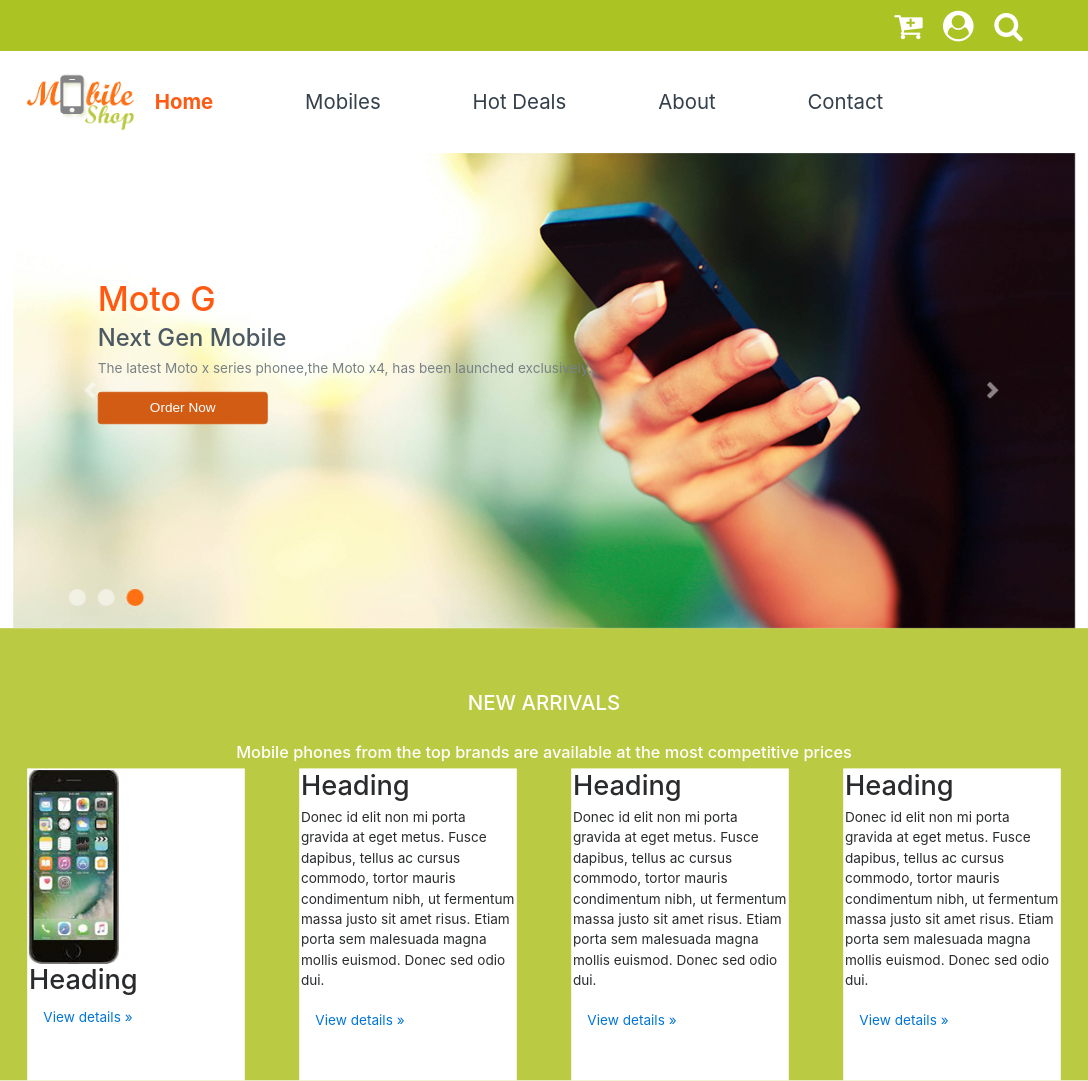
Repository: rajmohanr/mobile
Page: index.html
The author's editor kept a copy of each file at every save. The page is drawn from the files as they stood at one save, then again after the next save.
The browser window is 1280 px wide. The pictures show the whole page, at 85% of full size.

Above is the page before, as saved 2018-04-01 11:55:34.
Console error (its wording comes from the project's code and is left out).

### index.html
<!DOCTYPE html>
<html lang="en">
  <head>
    <meta charset="utf-8">
    <meta http-equiv="X-UA-Compatible" content="IE=edge">
    <meta name="viewport" content="width=device-width, initial-scale=1">

    <title>Bootstrap 4, from LayoutIt!</title>

    <meta name="description" content="Source code generated using layoutit.com">
    <meta name="author" content="LayoutIt!">

    <link href="css/bootstrap.min.css" rel="stylesheet">
	<link href="css/style.css" rel="stylesheet">
	<link rel="stylesheet" href="https://cdnjs.cloudflare.com/ajax/libs/font-awesome/4.7.0/css/font-awesome.min.css">

  </head>
  <body>

    <div class="container-fluid">
	<div class="row">
		<div class="col-md-12">
			<div class="row">
				<div class="col-md-12 top-bar">
					<a href="#" class="top-bar-icons last-icon"><i class="fa fa-search"  style="font-size:36px;color:white;"></i></a>
					<a href="#" class="top-bar-icons"><i class="fa fa-user-circle"  style="font-size:36px;color:white;"></i></a>
					<a href="#" class="top-bar-icons"><i class="fa fa-cart-plus"  style="font-size:36px;color:white;"></i></a>
				</div>
			</div>
			<nav class="navbar navbar-toggleable-md navbar-light bg-faded">

				<button class="navbar-toggler navbar-toggler-right" type="button" data-toggle="collapse" data-target="#bs-example-navbar-collapse-1">
					<span class="navbar-toggler-icon"></span>
				</button> <a class="navbar-brand" href="#"><img src="images/logo.png" /></a>
				<div class="collapse navbar-collapse" id="bs-example-navbar-collapse-1">
					<ul class="navbar-nav float-md-right">
						<li class="nav-item active">
							 <a class="nav-link" href="#">Home <span class="sr-only">(current)</span></a>
						</li>
						<li class="nav-item">
							 <a class="nav-link" href="#">Mobiles</a>
						</li>
						<li class="nav-item">
								<a class="nav-link" href="#">Hot Deals</a>
						</li>
						<li class="nav-item">
								<a class="nav-link" href="#">About</a>
						</li>
						<li class="nav-item">
								<a class="nav-link" href="#">Contact</a>
						</li>
					</ul>
				</div>
			</nav>

			<div class="row">
				<div class="col-md-12">
					<div class="carousel slide" id="carousel-452932">
						<ol class="carousel-indicators">
							<li data-slide-to="0" data-target="#carousel-452932">
							</li>
							<li data-slide-to="1" data-target="#carousel-452932">
							</li>
							<li data-slide-to="2" data-target="#carousel-452932" class="active">
							</li>
						</ol>
						<div class="carousel-inner">
							<div class="carousel-item">
								<img class="d-block w-100" alt="Carousel Bootstrap First" src="images/carosuel.png" />
								<div class="carousel-caption">
									<h4>
										Moto G
									</h4>
									<h3>
										Next Gen Mobile
									</h3>
									<p>
										The latest Moto x series phonee,the Moto x4, has been launched exclusively.
									</p>
									<button type="button" class="btn btn-primary">Order Now</button>
								</div>
							</div>
							<div class="carousel-item">
								<img class="d-block w-100" alt="Carousel Bootstrap Second" src="images/carosuel.png" />
								<div class="carousel-caption">
									<h4>
										Moto G
									</h4>
									<h3>
										Next Gen Mobile
									</h3>
									<p>
										The latest Moto x series phonee,the Moto x4, has been launched exclusively.
									</p>
									<button type="button" class="btn btn-primary">Order Now</button>
								</div>
							</div>
							<div class="carousel-item active">
								<img class="d-block w-100" alt="Carousel Bootstrap Third" src="images/carosuel.png" />
								<div class="carousel-caption">
									<h4>
										Moto G
									</h4>
									<h3>
										Next Gen Mobile
									</h3>
									<p>
										The latest Moto x series phonee,the Moto x4, has been launched exclusively.
									</p>
									<button type="button" class="btn btn-primary">Order Now</button>
								</div>
							</div>
						</div> <a class="carousel-control-prev" href="#carousel-452932" data-slide="prev"><span class="carousel-control-prev-icon"></span> <span class="sr-only">Previous</span></a> <a class="carousel-control-next" href="#carousel-452932" data-slide="next"><span class="carousel-control-next-icon"></span> <span class="sr-only">Next</span></a>
					</div>
				</div>
			</div>

		</div>
	</div>
	<div id="middle-wrapper" class="row">
		<div class="col-md-12">
			<div id="middle-title" class="row">
				<div class="col-md-12">
					<h1 class="text-center">
							NEW ARRIVALS
					</h1>
					<h2 class="text-center">
						Mobile phones from the top brands are available at the most competitive prices
					</h2>
				</div>
			</div>
			<div id="middle-box" class="row">
				<div class="col-md-3 middle-box-cont">

					<div class="image-section">
						<img src="images/mobile1.png" class="img-fluid" />
					</div>
					<div class="title-section">
						<h2>
							Heading
						</h2>
					</div>

					<p>
						<a class="btn" href="#">View details »</a>
					</p>
				</div>
				<div class="col-md-3 middle-box-cont">
					<h2>
						Heading
					</h2>
					<p>
						Donec id elit non mi porta gravida at eget metus. Fusce dapibus, tellus ac cursus commodo, tortor mauris condimentum nibh, ut fermentum massa justo sit amet risus. Etiam porta sem malesuada magna mollis euismod. Donec sed odio dui.
					</p>
					<p>
						<a class="btn" href="#">View details »</a>
					</p>
				</div>
				<div class="col-md-3 middle-box-cont">
					<h2>
						Heading
					</h2>
					<p>
						Donec id elit non mi porta gravida at eget metus. Fusce dapibus, tellus ac cursus commodo, tortor mauris condimentum nibh, ut fermentum massa justo sit amet risus. Etiam porta sem malesuada magna mollis euismod. Donec sed odio dui.
					</p>
					<p>
						<a class="btn" href="#">View details »</a>
					</p>
				</div>
				<div class="col-md-3 middle-box-cont">
					<h2>
						Heading
					</h2>
					<p>
						Donec id elit non mi porta gravida at eget metus. Fusce dapibus, tellus ac cursus commodo, tortor mauris condimentum nibh, ut fermentum massa justo sit amet risus. Etiam porta sem malesuada magna mollis euismod. Donec sed odio dui.
					</p>
					<p>
						<a class="btn" href="#">View details »</a>
					</p>
				</div>
			</div>
		</div>
	</div>
	<div class="row">
		<div class="col-md-12">
		</div>
	</div>
</div>

    <script src="js/jquery.min.js"></script>
    <script src="js/bootstrap.min.js"></script>
    <script src="js/scripts.js"></script>
  </body>
</html>

### css/style.css
.top-bar{
    height: 60px;
    background-color: #acc324;
}

.top-bar-icons{
    float: right;
    padding: 12px;
    position: relative;
}

.last-icon{
    margin-right: 50px;
}

.navbar{
    height: 120px;
    background-color: #fff;
}

.navbar-light .navbar-nav .active>.nav-link, .navbar-light .navbar-nav .nav-link.active, .navbar-light .navbar-nav .nav-link.open, .navbar-light .navbar-nav .open>.nav-link{
    color: #ff5912!important;
    font-weight: bold;
    font-size: 24px;
}

.navbar-nav .nav-link{
    padding-right: 100px!important;
}

.navbar-light .navbar-nav .nav-link{
    color: #34404b!important;
    font-size: 24px;
}

.carousel-caption{
    text-align: left!important;
    left: 100px!important;
    bottom: 0px!important;
    top:130px!important;
}

.carousel-caption h4{
    color: #ff5912!important;
    font-size: 2.5rem!important;
}

.carousel-caption h3{
    color: #4C5963!important;
}

.carousel-caption p{
    color: #788186!important;
}
.btn-primary{
    color: #fff;
    background-color: #D25C14!important;
    border-color: #D25C14!important;
    width: 200px;
}

.carousel-indicators li {
    border-radius: 12px;
    width: 20px;
    height: 20px;
    max-width: 20px!important;
    margin-right: 1%;
}
.carousel-indicators {
    margin-right: 5%!important;
    margin-left: 5%!important;
    justify-content: left!important;
}

.carousel-indicators .active {
    background-color: #FF7013!important;
}

#middle-wrapper{
    background-color: #BACA43;
}

#middle-title h1{
    font-size: 1.5rem;
    color: #fff;
    margin-top: 75px;
}

#middle-title h2{
    font-size: 1.2rem;
    color: #fff;
    margin-top: 35px;
}

.middle-box-cont {
    background-color: #fff;
    flex: 0 0 20%;
    max-width: 20%;
    height: 367px!important;
    padding: 2px;
    margin: 0 auto;
    position: relative;
    float: left;

}

Loaded but not shown: css/bootstrap.min.css (library); js/jquery.min.js (library); js/bootstrap.min.js (library); js/scripts.js (common file)

After the next save:
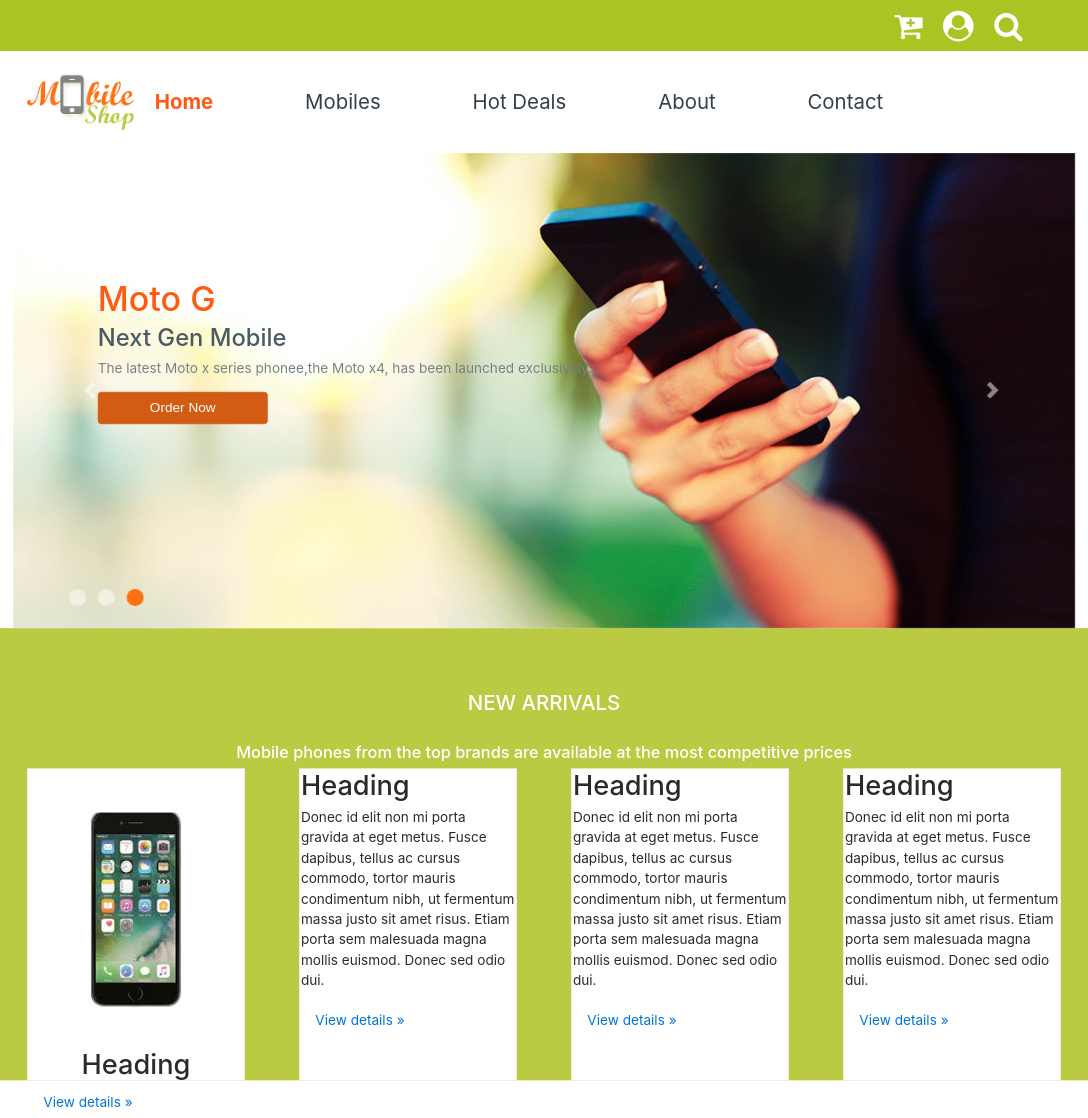
Saved 79 s later.
--- a/css/style.css
+++ b/css/style.css
@@ -103,3 +103,12 @@
     float: left;
 
 }
+
+.image-section{
+    text-align: center;
+    margin: 50px;
+}
+
+.title-section{
+    text-align: center;
+}
